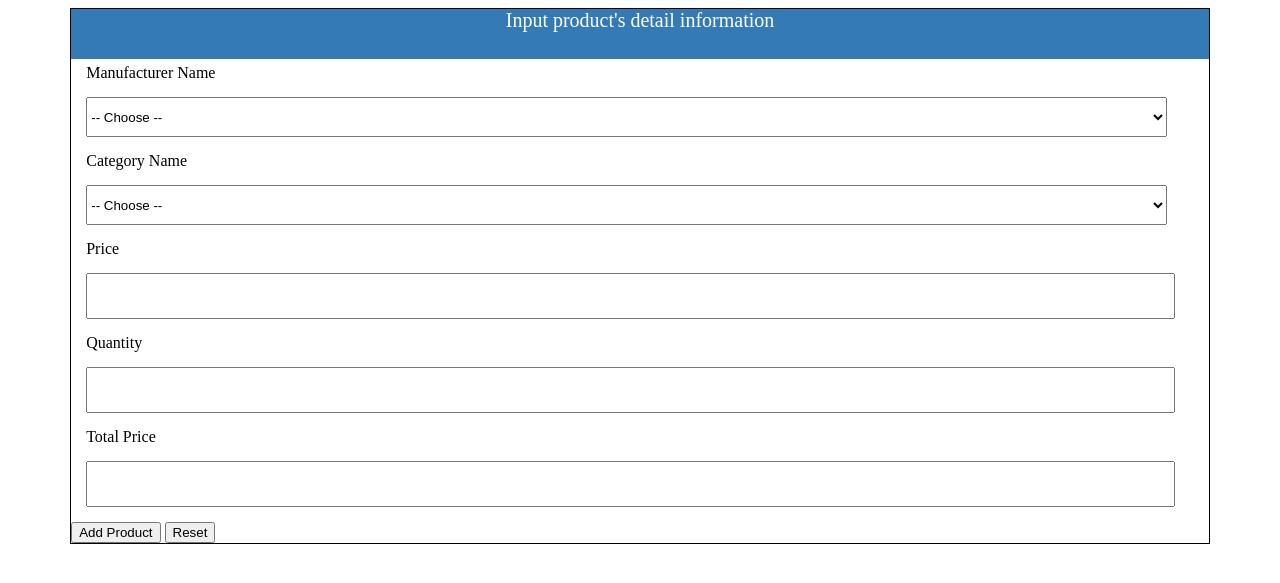
Repository: AnhDuc0125/HTML-Aptech
Page: bt2019/index.html
The author's editor kept a copy of each file at every save. The page is drawn from the files as they stood at one save, then again after the next save.
The browser window is 1280 px wide. The pictures show the whole page.

Above is the page before, as saved 2021-12-02 10:34:55.

### bt2019/index.html
<!DOCTYPE html>
<html lang="en">
<head>
    <meta charset="UTF-8">
    <meta http-equiv="X-UA-Compatible" content="IE=edge">
    <meta name="viewport" content="width=device-width, initial-scale=1.0">
    <link rel="stylesheet" href="style.css">
    <script src="main.js"></script>
    <title>Quản lý sản phẩm</title>
</head>
<body>
    <div class="container">
        <div class="table1">
            <div class="header">
                Input product's detail information
            </div>
            <div class="body">
                <form class="form">

                    <label for="Manufacturer Name">Manufacturer Name</label>
                    <select name="form-control" id="manu_name" onchange="change_manu()">
                        <option value="">-- Choose --</option>
                    </select>

                    <label for="category">Category Name</label>
                    <select name="form-control" id="category_name">
                        <option value="">-- Choose --</option>
                    </select>

                    <label for="price">Price</label>
                    <input type="number" id="price_id">

                    <label for="quantity" onkeyup="totalPrice()">Quantity</label>
                    <input type="number">

                    <label for="total_price" >Total Price</label>
                    <input type="number" id="total_price_id" readonly>
                    <button type="submit" onclick="add()" >Add Product</button>
                    <button type="reset">Reset</button>
                </form>
            </div>
        </div>
    </div>
    <script>
        var manuList = {
            "Apple" : ["A1", "A2", "A3"],
            "SamSung" : ["S1", "S2", "S3"],
            "LG" : ["L1", "L2", "L3"]
        }

        var manuListTag = document.getElementById('manu_name')
        for(var key in manuList){
            manuListTag.innerHTML += `<option value='${key}'>${key}</option>`
        }

        function change_manu() {
            key = manuListTag.value
            categoryList = manuList[key]
            cateListTag = document.getElementById('category_name')
            cateListTag.innerHTML = ''
            for(var cat of categoryList){
                cateListTag.innerHTML += `<option value='${cat}'>${cat}</option>`
            }
        }

        function totalPrice() {
            price = document.getElementById('price_id').value
            quantity = document.getElementById('quantity_id').value

            var totalprice = price * quantity;
            totalPriceTag = document.getElementById('total_price_id')
            totalPriceTag.value = totalprice
            console.log(totalprice)
        }
    </script>
</body>
</html>

### bt2019/style.css
label {
    display: block;
    margin-left: 15px;
    margin-top: 5px;
}

select, input {
    display: block;
    margin: 15px;
    width: 95%;
    height: 40px;
}

.table1 {
    width: 90%;
    margin: 0 auto;
    border: 1px solid black;
}

.header {
    text-align: center;
    background-color: #337ab7;
    height: 50px;
    font-size: 20px;
    color: white;
}

### bt2019/main.js
v = document.getElementById('ducanh');
console.log(v)

After the next save:
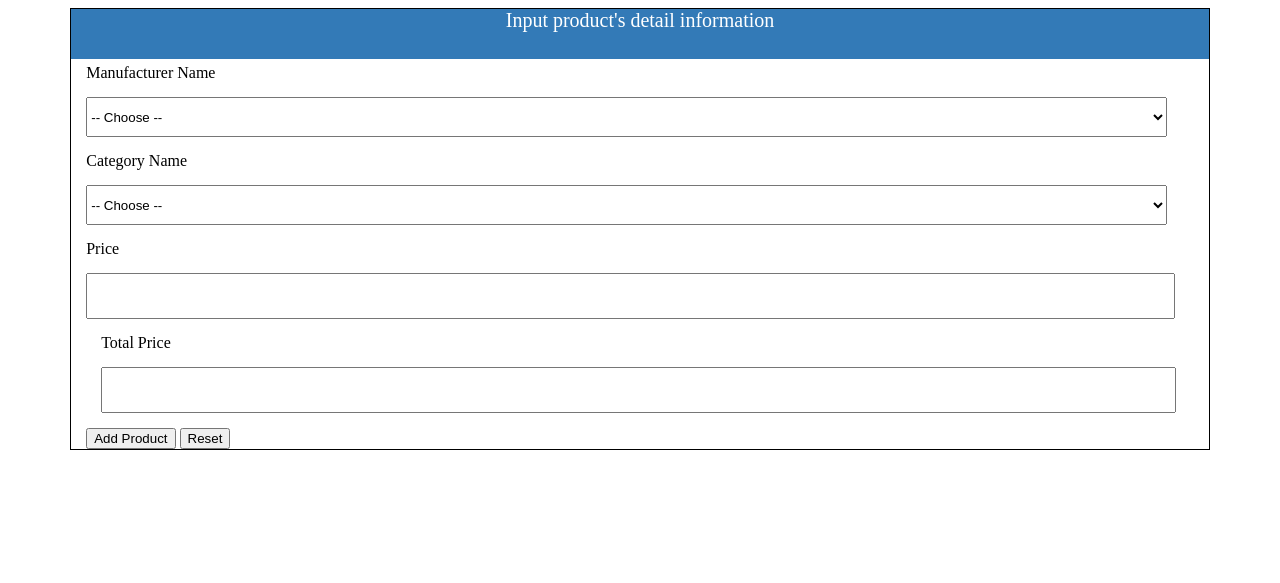
Console error (its wording comes from the project's code and is left out).
Saved 79 s later.
--- a/bt2019/index.html
+++ b/bt2019/index.html
@@ -30,8 +30,8 @@
                     <label for="price">Price</label>
                     <input type="number" id="price_id">
 
-                    <label for="quantity" onkeyup="totalPrice()">Quantity</label>
-                    <input type="number">
+                    <label for="quantity"  onkeyup="totalPrice()>Quantity</label>
+                    <input type="number" id="totalPrice">
 
                     <label for="total_price" >Total Price</label>
                     <input type="number" id="total_price_id" readonly>

After the save that followed:
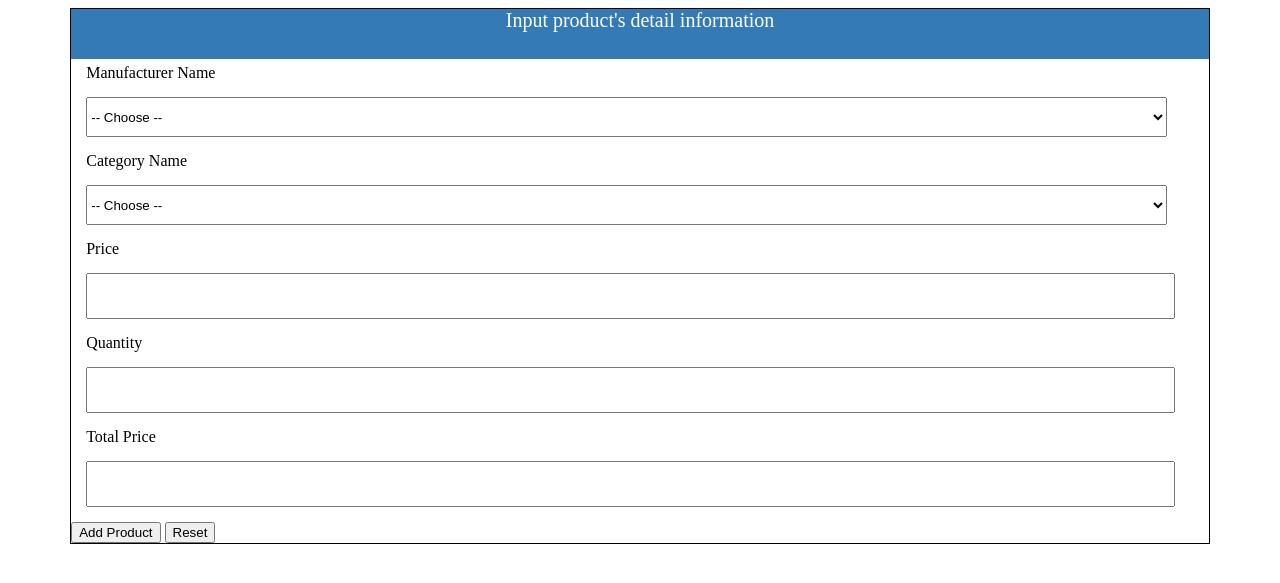
The error is gone.
Saved 23 s later.
--- a/bt2019/index.html
+++ b/bt2019/index.html
@@ -30,8 +30,8 @@
                     <label for="price">Price</label>
                     <input type="number" id="price_id">
 
-                    <label for="quantity"  onkeyup="totalPrice()>Quantity</label>
-                    <input type="number" id="totalPrice">
+                    <label for="quantity" onkeyup="totalPrice()">Quantity</label>
+                    <input type="number">
 
                     <label for="total_price" >Total Price</label>
                     <input type="number" id="total_price_id" readonly>
